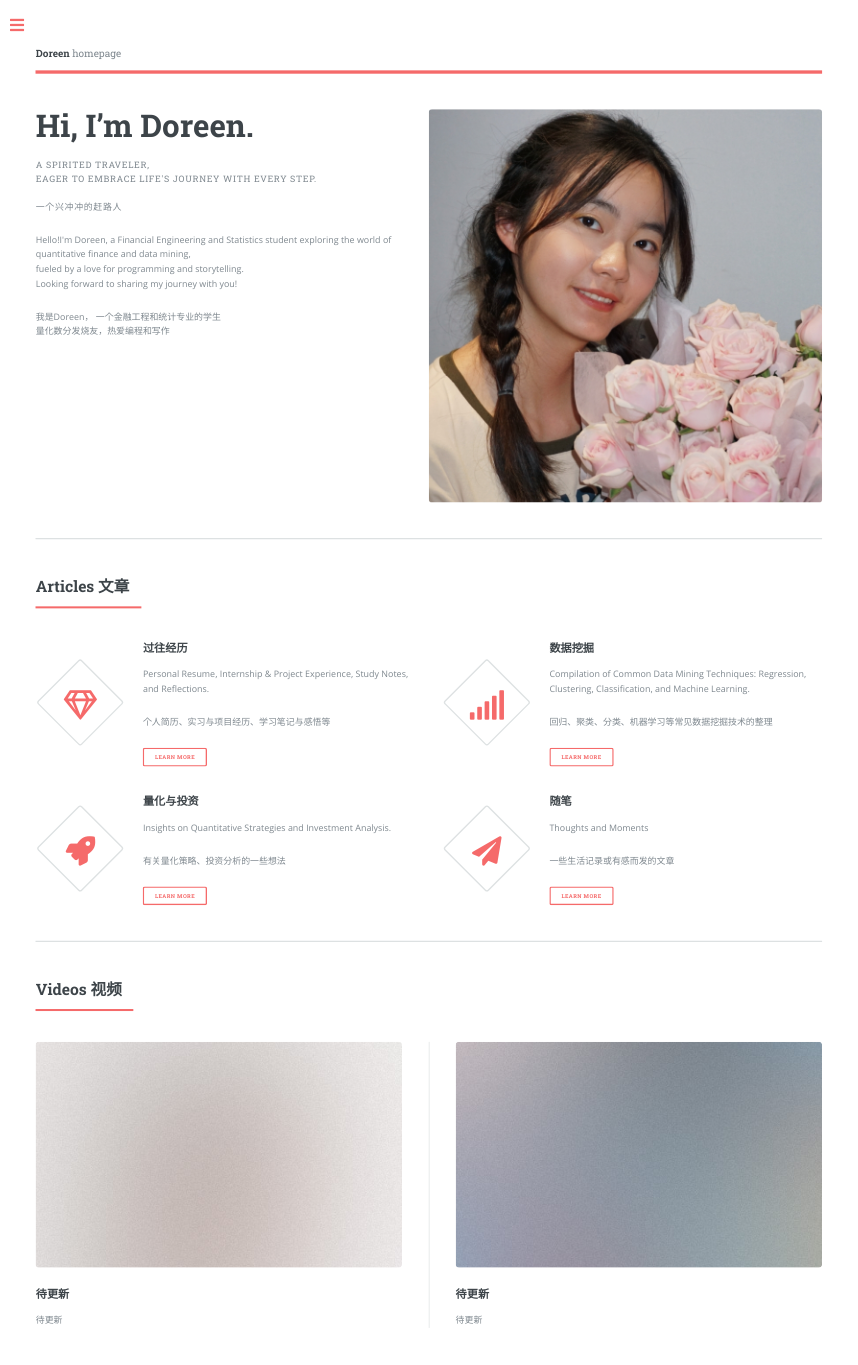
Repository: Hpz3859/Hpz3859.github.io
Page: index.html
An editor plug-in stored every save of this project. The page is shown before and after the next save, followed by the edit.
The browser window is 1280 px wide. The pictures show the whole page, at 67% of full size.

Above is the page before, as saved 2025-03-19 18:10:36.

### index.html
<!DOCTYPE HTML>
<!--
	Editorial by HTML5 UP
	html5up.net | @ajlkn
	Free for personal and commercial use under the CCA 3.0 license (html5up.net/license)
-->
<html>
	<head>
		<title>Doreen</title>
		<meta charset="utf-8" />
		<meta name="viewport" content="width=device-width, initial-scale=1, user-scalable=no" />
		<link rel="stylesheet" href="./assets/css/main.css" />
	</head>
	<body class="is-preload">

		<!-- Wrapper -->
			<div id="wrapper">

				<!-- Main -->
					<div id="main">
						<div class="inner">

							<!-- Header -->
								<header id="header">
									<a href="./index.html" class="logo"><strong>Doreen  </strong>homepage</a>
									<!--
									<ul class="icons">
										<li><a href="#" class="icon brands fa-twitter"><span class="label">Twitter</span></a></li>
										<li><a href="#" class="icon brands fa-facebook-f"><span class="label">Facebook</span></a></li>
										<li><a href="#" class="icon brands fa-snapchat-ghost"><span class="label">Snapchat</span></a></li>
										<li><a href="#" class="icon brands fa-instagram"><span class="label">Instagram</span></a></li>
										<li><a href="#" class="icon brands fa-medium-m"><span class="label">Medium</span></a></li>
									</ul>
									-->
								</header>

							<!-- Banner -->
								<section id="banner">
									<div class="content">
										<header>
											<h1>Hi, I’m Doreen.</h1>
											<p>A spirited traveler, <br>
												eager to embrace life's journey with every step.</p>
											<p> 一个兴冲冲的赶路人</p>
										</header>
										<p>Hello!I'm Doreen, a Financial Engineering and Statistics student exploring the world of quantitative finance and data mining,
											<br>
											fueled by a love for programming and storytelling.
											<br>
											Looking forward to sharing my journey with you!</p>
										<p> 我是Doreen， 一个金融工程和统计专业的学生
											<br>
											量化数分发烧友，热爱编程和写作</p>
										<!--
										<ul class="actions">
											<li><a href="#" class="button big">Learn More</a></li>
										</ul>
										-->
									</div>
									<span class="image object">
										<img src="./images/git_main.png" alt="" />
									</span>
								</section>

							<!-- Section -->
								<section>
									<header class="major">
										<h2>Articles 文章</h2>
									</header>
									<div class="features">
										<article>
											<span class="icon fa-gem"></span>
											<div class="content">
												<h3>过往经历</h3>
												<p>Personal Resume, Internship & Project Experience, Study Notes, and Reflections.</p>
												<p>个人简历、实习与项目经历、学习笔记与感悟等</p>
												<ul class="actions">
													<li><a href="experience.html" class="button small">Learn More</a></li>
												</ul>
											</div>
										</article>
										<article>
											<span class="icon solid fa-signal"></span>
											<div class="content">
												<h3>数据挖掘</h3>
												<p>Compilation of Common Data Mining Techniques: Regression, Clustering, Classification, and Machine Learning.</p>
												<p>回归、聚类、分类、机器学习等常见数据挖掘技术的整理</p>
												<ul class="actions">
													<li><a href="#" class="button small">Learn More</a></li>
												</ul>
											</div>
										</article>
										<article>
											<span class="icon solid fa-rocket"></span>
											<div class="content">
												<h3>量化与投资</h3>
												<p>Insights on Quantitative Strategies and Investment Analysis.</p>
												<p>有关量化策略、投资分析的一些想法</p>
												<ul class="actions">
													<li><a href="#" class="button small">Learn More</a></li>
												</ul>
											</div>
										</article>
										<article>
											<span class="icon solid fa-paper-plane"></span>
											<div class="content">
												<h3>随笔</h3>
												<p>Thoughts and Moments</p>
												<p>一些生活记录或有感而发的文章</p>
												<ul class="actions">
													<li><a href="moments.html" class="button small">Learn More</a></li>
												</ul>
											</div>
										</article>

									</div>
								</section>

							<!-- Section -->
								<section>
									<header class="major">
										<h2>Videos 视频</h2>
									</header>
									<div class="posts">
										<article>
											<a href="#" class="image"><img src="./images/pic01.jpg" alt="" /></a>
											<h3><a href="#" class="">待更新</a></h3>
											<p>待更新</p>
										</article>
										<article>
											<a href="#" class="image"><img src="./images/pic02.jpg" alt="" /></a>
											<h3><a href="#" class="">待更新</a></h3>
											<p>待更新</p>
										</article>
									</div>
								</section>

						</div>
					</div>

				<!-- Sidebar -->
					<div id="sidebar">
						<div class="inner">

							<!-- Search -->
								<section id="search" class="alt">
									<form method="post" action="#">
										<input type="text" name="query" id="query" placeholder="Search" />
									</form>
								</section>

							<!-- Menu -->
								<nav id="menu">
									<header class="major">
										<h2>目录</h2>
									</header>
									<ul>
										<li><a href="./index.html">主页</a></li>
										<li>
											<span class="opener">文章</span>
											<ul>
												<li><a href="experience.html">过往经历</a></li>
												<li><a href="#">数据挖掘</a></li>
												<li><a href="#">量化与投资</a></li>
												<li><a href="moments.html">随笔</a></li>
											</ul>
										</li>
										<li>
											<span class="opener">视频</span>
											<ul>
												<li><a href="#">待更新</a></li>
												<li><a href="#">待更新</a></li>
											</ul>
										</li>

									</ul>
								</nav>

							<!-- Section -->
							<!--
								<section>
									<header class="major">
										<h2>Ante interdum</h2>
									</header>
									<div class="mini-posts">
										<article>
											<a href="#" class="image"><img src="images/pic07.jpg" alt="" /></a>
											<p>Aenean ornare velit lacus, ac varius enim lorem ullamcorper dolore aliquam.</p>
										</article>
										<article>
											<a href="#" class="image"><img src="images/pic08.jpg" alt="" /></a>
											<p>Aenean ornare velit lacus, ac varius enim lorem ullamcorper dolore aliquam.</p>
										</article>
										<article>
											<a href="#" class="image"><img src="images/pic09.jpg" alt="" /></a>
											<p>Aenean ornare velit lacus, ac varius enim lorem ullamcorper dolore aliquam.</p>
										</article>
									</div>
									<ul class="actions">
										<li><a href="#" class="button">More</a></li>
									</ul>
								</section>
							-->

							<!-- Section -->
								<section>
									<header class="major">
										<h2>联系我</h2>
									</header>
									<p> </p>
									<ul class="contact">
										<li class="icon solid fa-envelope"><a href="#">h18286003859@163.com</a></li>
										<li class="icon solid fa-phone">(+86)13001993255</li>
										<!-- 地址
										<li class="icon solid fa-home"></li>
										-->
									</ul>
								</section>

							<!-- Footer -->
							<!--
								<footer id="footer">
									<p class="copyright">&copy; Untitled. All rights reserved. Demo Images: <a href="https://unsplash.com">Unsplash</a>. Design: <a href="https://html5up.net">HTML5 UP</a>.</p>
								</footer>
							-->

						</div>
					</div>

			</div>

		<!-- Scripts -->
			<script src="assets/js/jquery.min.js"></script>
			<script src="assets/js/browser.min.js"></script>
			<script src="assets/js/breakpoints.min.js"></script>
			<script src="assets/js/util.js"></script>
			<script src="assets/js/main.js"></script>

	</body>
</html>

Loaded but not shown: assets/css/fontawesome-all.min.css (library); assets/js/jquery.min.js (library); assets/js/browser.min.js (common file); assets/js/breakpoints.min.js (common file); assets/js/util.js (587 lines, source omitted); assets/js/main.js (262 lines, source omitted); assets/css/main.css (2273 lines, source omitted)

After the next save:
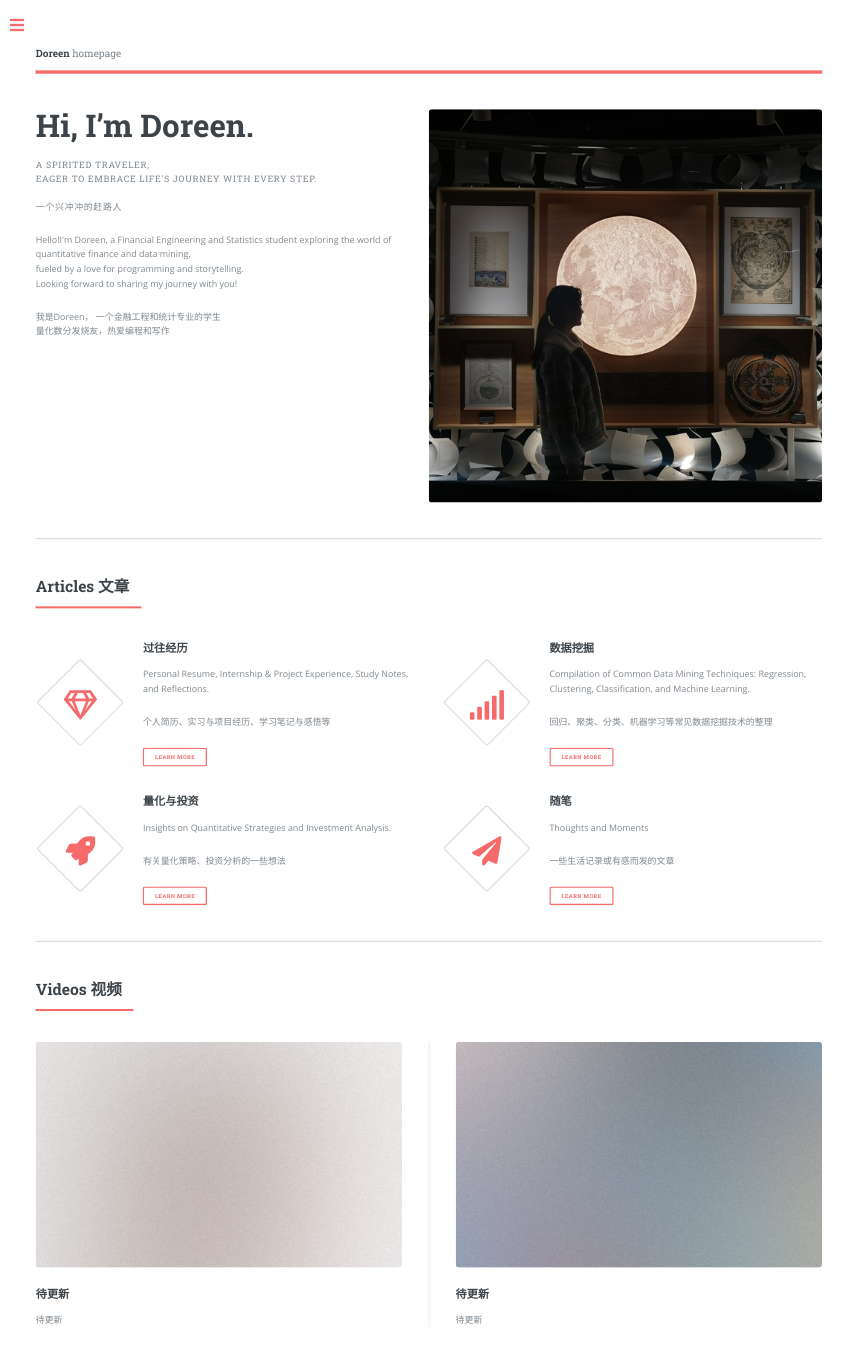
Saved 80 min 40 s later.
--- a/index.html
+++ b/index.html
@@ -58,7 +58,7 @@
 										-->
 									</div>
 									<span class="image object">
-										<img src="./images/git_main.png" alt="" />
+										<img src="./images/git_main_1.png" alt="" />
 									</span>
 								</section>
 
